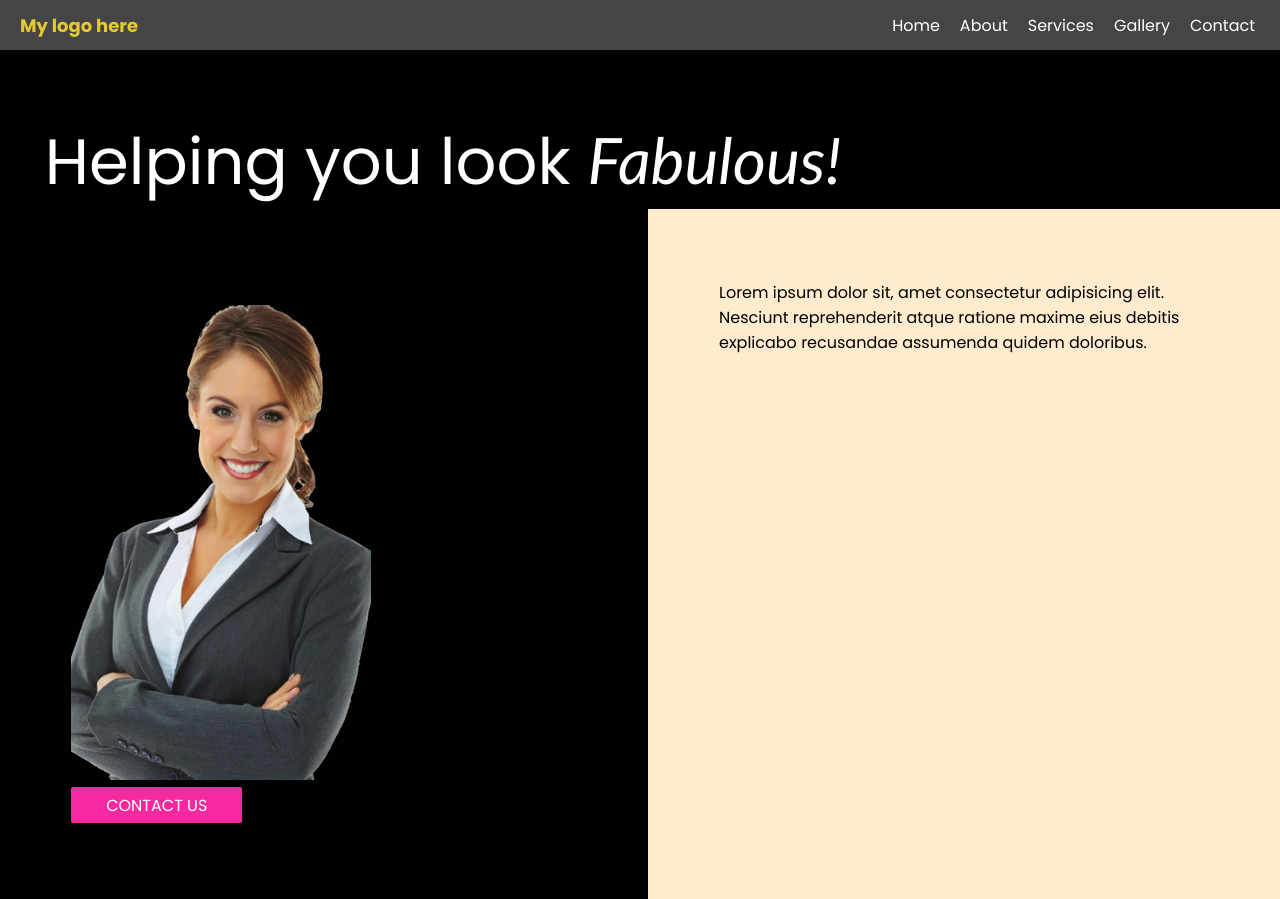
Repository: buzzedison/gardens
Page: index.html
These files come from the project's save history. The page is drawn as it stood at one moment and after the next save; the edit follows.
The browser window is 1280 px wide. The pictures show the whole page.

Above is the page before, as saved 2022-01-12 19:35:03.

After the next save:
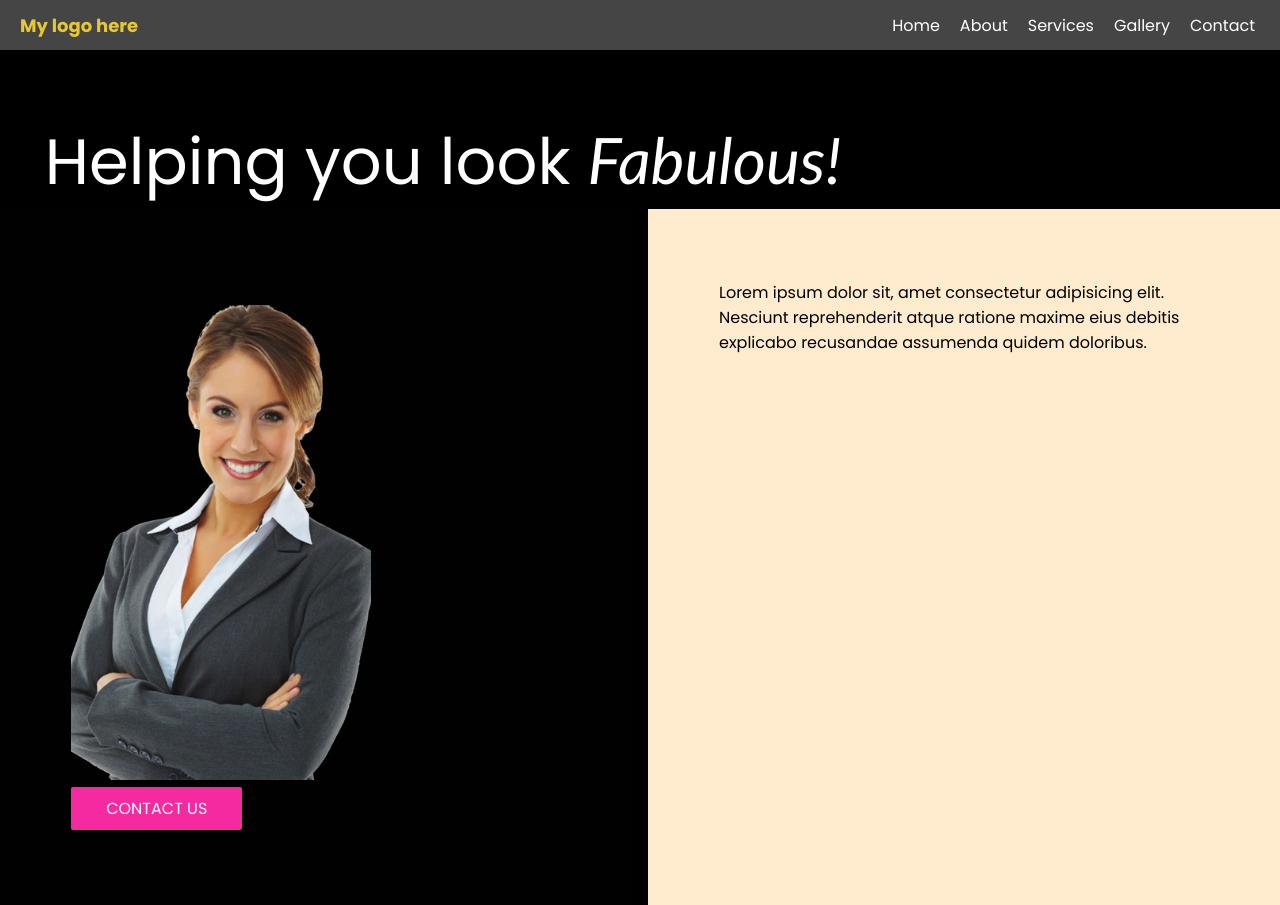
Saved 9 s later.
--- a/css/styles.css
+++ b/css/styles.css
@@ -168,7 +168,7 @@ ul li:hover {
 
 a.button{
   display:inline-block;
-  padding:0.35em 2.2em;
+  padding:0.55em 2.2em;
   border:none;
   margin:0 0.3em 0.3em 0;
   border-radius:0.12em;
